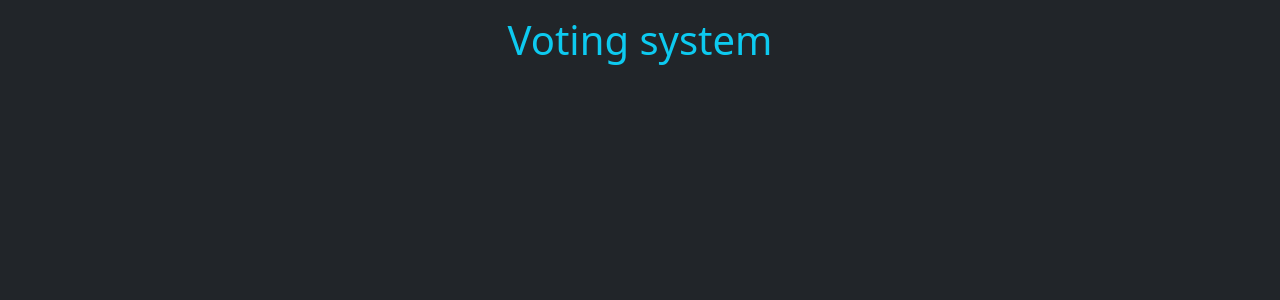
Repository: AvinashLikesToLearnNewStuff/VotingSite
Page: http://localhost/partials/registration.php
The author's editor kept a copy of each file at every save. The page is drawn from the files as they stood at one save, then again after the next save.
The browser window is 1280 px wide. The pictures show the whole page.
The page is run by PHP 8.4 with error messages shown; the project is at /var/www/html/.

Above is the page before, as saved 2023-03-09 10:21:54.

After the next save:
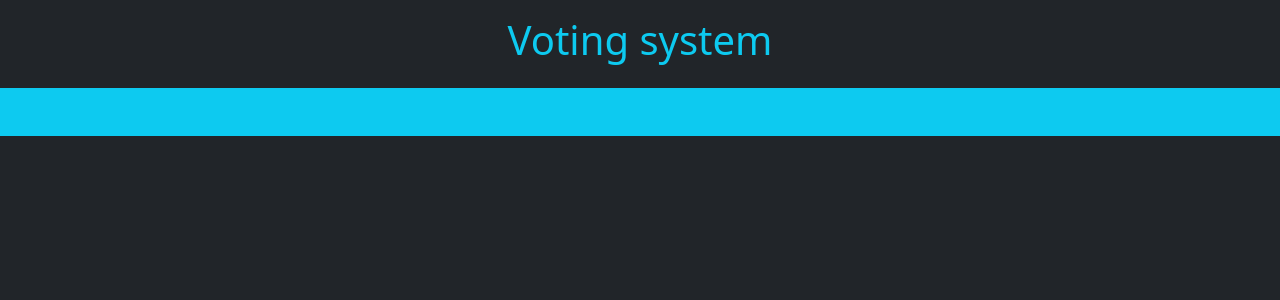
Saved 39 s later.
--- a/partials/registration.php
+++ b/partials/registration.php
@@ -10,6 +10,9 @@
 </head>
 <body class="bg-dark">
     <h1 class="text-center text-info p-3">Voting system</h1>
+    <div class="bg-info py-4">
+
+    </div>
 
 
 </body>
